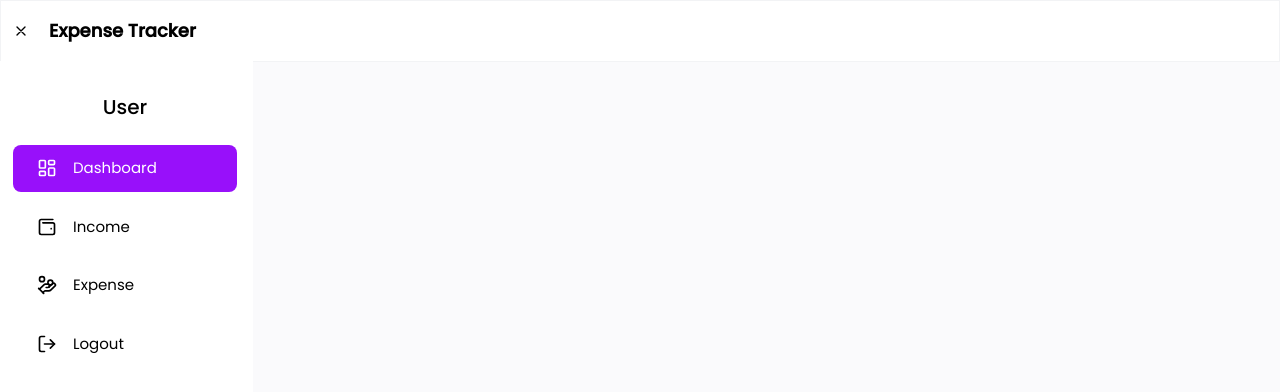
Repository: SnehPatel03/expense-tracker
Page: /Home (app in Frontend/expenseTracker/)
An editor plug-in stored every save of this project. The page is shown before and after a run of saves, followed by the edit.
The browser window is 1280 px wide. The pictures show the whole page.
The project was rebuilt for these pictures with package versions that can differ from the ones it lists, and the page was loaded fresh each time. Also part of the build but not shown: Frontend/expenseTracker/vite.config.js, Frontend/expenseTracker/src/inputs/ProfilePhotoSelector.jsx, Frontend/expenseTracker/src/pages/SignUp.jsx, Frontend/expenseTracker/src/pages/Login.jsx, Frontend/expenseTracker/src/pages/Expense.jsx, Frontend/expenseTracker/src/pages/Income.jsx, Frontend/expenseTracker/src/components/Card.jsx, Frontend/expenseTracker/src/components/TransactionInfoCard.jsx and 11 more.

Above is the page before, as saved 2025-07-16 00:25:15.

### Frontend/expenseTracker/index.html
<!doctype html>
<html lang="en">

<head>
  <meta charset="UTF-8" />
  <link rel="icon" type="image/svg+xml" href="/vite.svg" />
  <meta name="viewport" content="width=device-width, initial-scale=1.0" />
  <title>ExpenseTracker</title>
  <link rel="preconnect" href="https://fonts.googleapis.com">
  <link rel="preconnect" href="https://fonts.gstatic.com" crossorigin>
 <link rel="preconnect" href="https://fonts.googleapis.com">
<link rel="preconnect" href="https://fonts.gstatic.com" crossorigin>
<link href="https://fonts.googleapis.com/css2?family=Bricolage+Grotesque:opsz,wght@12..96,200..800&family=Dosis:wght@200..800&family=Montserrat:ital,wght@0,100..900;1,100..900&family=Oswald:wght@200..700&family=Poppins:wght@400;500&family=Quicksand:wght@300..700&family=Roboto:ital,wght@0,100..900;1,100..900&display=swap" rel="stylesheet">
</head>

<body>
  <div id="root"></div>
  <script type="module" src="/src/main.jsx"></script>
</body>

</html>

### Frontend/expenseTracker/src/index.css
@import "tailwindcss";

body {
  font-family: "Poppins", sans-serif;
  font-weight: 400;
  font-style: normal;
  background-color: #fafafc;
}

.poppins-medium {
  font-family: "Poppins", sans-serif;
  font-weight: 500;
  font-style: normal;
}
.login {
  background-image: url("/undraw_finance_m6vw.svg");
  background-size: 40vw;
  background-position: center;
  background-repeat: no-repeat;
}
.signin1 {
  background-image: url(/signin2.svg);
  background-size: 30vw;
  background-position: 150px;
  background-repeat: no-repeat;
}

### Frontend/expenseTracker/src/App.jsx
import { useState } from 'react'
import './App.css'
import { Routes, Route, Navigate } from "react-router-dom"
import SignUp from './pages/SignUp'
import Login from './pages/Login'
import Expense from './pages/Expense'
import Income from './pages/Income'
import Home from './pages/Home'
import UserProvider from './Contexts/UserContext'
function App() {

  return (
    <UserProvider>
    <>
      <Routes>
        <Route path='/' element={<Root/>  } />
        <Route path='/Home' element={<Home/>  } />
        <Route path='/signin' element={<SignUp/>} />
        <Route path='/login' element={<Login/>} />
        <Route path='/expense' element={<Expense/>} />
        <Route path='/income' element={<Income/>} />
      </Routes>
    </>
    </UserProvider>
  )
}

export default App

const Root = () => {
  const isAuthenticate = localStorage.getItem("jwt")
  return isAuthenticate ?
    ( <Navigate to="/Home" />) :  ( <Navigate to="/login" />)
}

### Frontend/expenseTracker/src/pages/Home.jsx
import React, { useEffect, useState } from 'react';
import DashboardLayout from '../Layouts/DashboardLayout';
import axios from 'axios';
import Card from '../components/Card';
import { BsCreditCardFill } from "react-icons/bs";
import { RiWallet3Fill } from "react-icons/ri";
import { GrMoney } from "react-icons/gr";
import { useNavigate } from 'react-router-dom';
import RecentTransactions from '../components/RecentTransactions';
import FinanceOverView from '../components/FinanceOverView';
import ExpenseTransaction from '../components/ExpenseTransaction';
import Last30DaysExpense from '../components/last30DaysExpense';
import IncomeTransaction from '../components/IncomeTransaction';
import Last60DaysIncome from '../components/Last60DaysIncome';


function Home() {
  const [dashboardData, setDashboardData] = useState(null);
  const [loading, setLoading] = useState(false);
  const navigateTo = useNavigate()

  const fetchDashboardData = async () => {
    if (loading) return;
    setLoading(true);
    try {
      const data = await axios.get("http://localhost:3000/", {
        withCredentials: true,
      });
      if (data.data) {
        setDashboardData(data.data);
      }
    } catch (error) {
      console.log(error);
      console.log("Something went wrong in fetch of dashboard");
    } finally {
      setLoading(false);
    }
  };

  useEffect(() => {
    fetchDashboardData();
  }, []);

  return (
    <DashboardLayout activeMenu="Dashboard" >
      <div className='flex mt-15'>
        <div className="p-2  grid grid-cols-1 sm:grid-cols-2 md:grid-cols-3 gap-10">
          <Card
            label="Balance"
            value={dashboardData?.totalBalance || 0}
            icon={BsCreditCardFill}
            color="purple"
          />
          <Card
            label="Income"
            value={dashboardData?.totalIncome || 0}
            icon={RiWallet3Fill}
            color="orange"
          />
          <Card
            label="Expense"
            value={dashboardData?.totalExpense || 0}
            icon={GrMoney}
            color="red"
          />
        </div>
        <div>
        </div>
      </div>
      <div className='flex flex-col mt-3 md:flex-row  md:justify-center md: gap-8'>
        <RecentTransactions
          transactions={dashboardData?.recentTransactions}
          onseeMore={
            () => navigateTo("/expense")
          }
        />
        <FinanceOverView
          totalBalance={dashboardData?.totalBalance || 0}
          totalIncome={dashboardData?.totalIncome || 0}
          totalExpense={dashboardData?.totalExpense || 0}
        />
      </div>
      <div className='mt-10 flex flex-col lg:flex-row'>
        <ExpenseTransaction
          transactions={dashboardData?.last30DaysExpense.transactions}
          onseeMore={
            () => navigateTo("/expense")
          }
        />
        <Last30DaysExpense
        data={dashboardData?.last30DaysExpense.transactions}
        />
      </div>

      <div className='    flex flex-col lg:flex-row'>
        <Last60DaysIncome
        data={dashboardData?.last60DaysIncome.transactions}
        />
        <IncomeTransaction
          transactions={dashboardData?.last60DaysIncome.transactions}
          onseeMore={
            () => navigateTo("/income")
          }
        />
      </div>



    </DashboardLayout>
  );
}

export default Home;

### Frontend/expenseTracker/src/Contexts/UserContext.jsx
import React, { createContext, useState } from 'react';

export const UserContext = createContext();

const UserProvider = ({ children }) => {
  const [user, setUser] = useState(() => {
    const storedUser = localStorage.getItem("user");
    return storedUser ? JSON.parse(storedUser) : null;
  });

  const updateUser = (userData) => {
    localStorage.setItem("user", JSON.stringify(userData));
    setUser(userData);
  };

  const clearUser = () => {
    localStorage.removeItem("user");
    localStorage.removeItem("jwt");
    setUser(null);
  };

  return (
    <UserContext.Provider value={{ user, updateUser, clearUser }}>
      {children}
    </UserContext.Provider>
  );
};

export default UserProvider;

### Frontend/expenseTracker/src/Layouts/DashboardLayout.jsx
import React, { useContext } from 'react';
import { UserContext } from '../Contexts/UserContext';
import SideMenu from './SideMenu';
import Navbar from './Navbar';

function DashboardLayout({ children, activeMenu }) {
  const { user } = useContext(UserContext);

  return (
    <div className="min-h-screen">
      <Navbar activeMenu={activeMenu} />
      {user && (
        <div className="flex min-w-[calc(100vh-55px)] sm:ml-64 ">

          <div className="flex-1 p-5 overflow-y-auto ">
            {children}
          </div>
        </div>
      )}
    </div>
  );
}

export default DashboardLayout;

### Frontend/expenseTracker/src/Layouts/SideMenu.jsx
import React, { useContext } from 'react';
import { SIDE_MENU_DATA } from '../data';
import { useNavigate } from 'react-router-dom';
import { UserContext } from '../Contexts/UserContext';

function SideMenu({ activeMenu }) {
  const { user, clearUser } = useContext(UserContext);
  const navigateTo = useNavigate();

  const handleLogOut = () => {
    localStorage.clear();
    clearUser();
    navigateTo("/login");
  };

  const handleClick = (route) => {

    if (route === "/logout") {
      handleLogOut();
    } else {
      navigateTo(route);
    }
  };

  return (
    <div className='w-64 h-[calc(100vh-61px)] z-50 bg-white border-grey-200/50 flex flex-col items-center py-4'>

      {user?.profile && (
        <img
          src={`http://localhost:3000${user?.profile}`}
          alt="Profile"
          className="w-30 h-30 rounded-full object-cover border border-gray-300 shadow-md"
        />
      )}
      <h5 className='font-medium mt-4 capitalize text-xl'>{user?.fullname || "User"}</h5>

      <div className='w-full px-4 mt-6'>
        {SIDE_MENU_DATA.map((item, idx) => (
          <button
            key={`menu_${idx}`}
            className={`w-full flex items-center gap-4 text-[15px] ${activeMenu === item.label
                ? "text-white bg-purple-600"
                : "bg-white text-black"
              } py-3 px-6 rounded-lg mb-3`}
            onClick={() => handleClick(item.path)}
          >
            <item.Icon className='text-xl font-bold' />
            {item.label}
          </button>
        ))}
      </div>
    </div>
  );
}

export default SideMenu;

### Frontend/expenseTracker/src/Layouts/Navbar.jsx
import React, { useState } from 'react'
import { HiOutlineMenu, HiOutlineX } from "react-icons/hi"
import SideMenu from './SideMenu'
function Navbar({ activeMenu }) {
    const [openSideMenu, setOpenSideMenu] = useState(true)
    return (
        <div className='fixed px-3 py-4 z-50 w-[100vw] flex gap-5 bg-white border border-b  border-gray-200/50'>
            <button
                className='block  text-black'
                onClick={() => setOpenSideMenu(!openSideMenu)}>
                {(openSideMenu ? (<HiOutlineX />) : (<HiOutlineMenu />))}
            </button>
            <h2 className='text-lg font-semibold text-black '>Expense Tracker</h2>

            {openSideMenu && (
                <div className='fixed top-[61px] -ml-4 bg-red-white '>
                        <SideMenu activeMenu={activeMenu}/>
                </div>
            )}

        </div>
    )
}

export default Navbar

### Frontend/expenseTracker/src/data.js
import {
  LuLayoutDashboard,
  LuHandCoins,
  LuWalletMinimal,
  LuLogOut,
} from "react-icons/lu";

export const SIDE_MENU_DATA = [
  {
    id: "01",
    label: "Dashboard",
    Icon: LuLayoutDashboard,
    path: "/dashboard",
  },
  {
    id: "02",
    label: "Income",
    Icon: LuWalletMinimal,
    path: "/income",
  },
  {
    id: "03",
    label: "Expense",
    Icon: LuHandCoins,
    path: "/expense",
  },
  {
    id: "04",
    label: "Logout",
    Icon: LuLogOut,
    path: "/logout",
  },
];

export const prepareDataForExpenseChart = (data = []) => {
  const chartData = data.map((item) => ({
    category: item?.category,
    amount: item?.amount,
  }));
  return chartData;
};
export const prepareDataForImportChart = (data = []) => {
  const chartData = data.map((item) => ({
    source: item?.source,
    amount: item?.amount,
  }));
  return chartData;
};

Loaded but not shown: Frontend/expenseTracker/src/main.jsx (common file); Frontend/expenseTracker/src/App.css (no stored copy; drawn as an empty file)

After the next 2 saves:
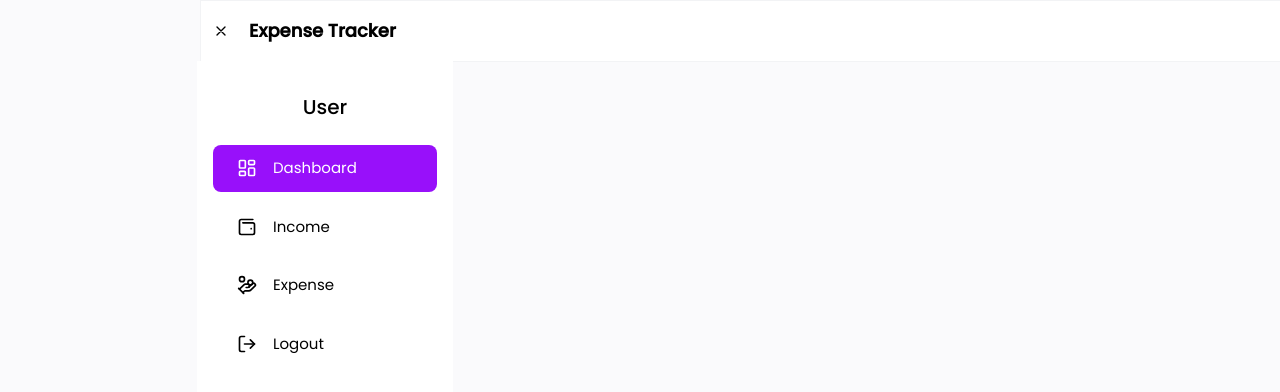
The 2 saves are shown as one change because they came seconds apart.
The last was saved 29 s later.
--- a/Frontend/expenseTracker/src/Layouts/DashboardLayout.jsx
+++ b/Frontend/expenseTracker/src/Layouts/DashboardLayout.jsx
@@ -7,7 +7,7 @@ function DashboardLayout({ children, activeMenu }) {
   const { user } = useContext(UserContext);
 
   return (
-    <div className="min-h-screen">
+    <div className="min-h-screen px-50">
       <Navbar activeMenu={activeMenu} />
       {user && (
         <div className="flex min-w-[calc(100vh-55px)] sm:ml-64 ">
